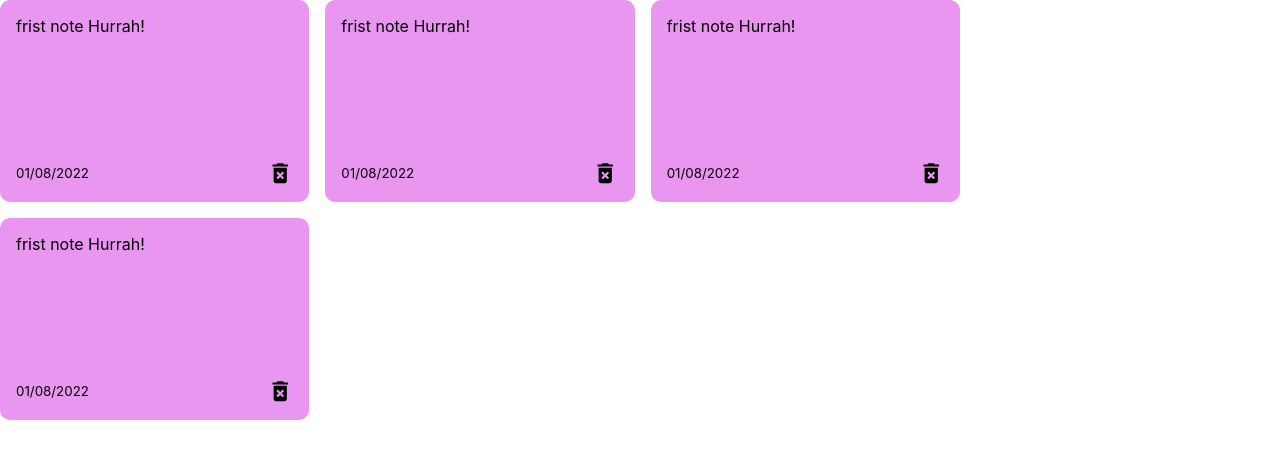
Repository: DeraBola/react-notes-app
Page: /
The author's editor kept a copy of each file at every save. The page is drawn from the files as they stood at one save, then again after a run of saves.
The browser window is 1280 px wide. The pictures show the whole page.
The project was rebuilt for these pictures with package versions that can differ from the ones it lists, and the page was loaded fresh each time.

Above is the page before, as saved 2022-08-01 12:19:11.

### src/index.js
import React from 'react';
import ReactDOM from 'react-dom/client';
import './index.css';
import App from './App';


const root = ReactDOM.createRoot(document.getElementById('root'));
root.render(
  <React.StrictMode>
    <App />
  </React.StrictMode>
);

### src/index.css
body {
    margin: 0;
    font-family: -apple-system, BlinkMacSystemFont, 'Segoe UI', 'Roboto', 'Oxygen', 'Ubuntu', 'Cantarell', 'Fira Sans', 'Droid Sans', 'Helvetica Neue', sans-serif;
    -webkit-font-smoothing: antialiased;
    -moz-osx-font-smoothing: grayscale;
}

code {
    font-family: source-code-pro, Menlo, Monaco, Consolas, 'Courier New', monospace;
}

.container {
    max-width: 960px;
    margin: 0, auto, 0, auto;
}

.notes-list {
    display: grid;
    grid-gap: 1rem;
    grid-template-columns: repeat(auto-fit, minmax(250px, 1fr));
}

.note {
    background-color: #e996f1;
    border-radius: 10px;
    padding: 1rem;
    min-height: 170px;
    display: flex;
    flex-direction: column;
    justify-content: space-between;
}

.note-footer {
    display: flex;
    align-items: center;
    justify-content: space-between;
}

### src/App.js
import NotesList from './components/NotesList';

 const App = () =>{
   return(
    <div className="container" >
      <NotesList />
    </div>
   )
 }

 export default App;

### src/components/NotesList.js
import Note from './Note';

const NotesList  = () => {
return(
    <div className="notes-list">
        <Note />
        <Note />
        <Note />
        <Note />
    </div>
);
};

export default NotesList;

### src/components/Note.js

import { MdDeleteForever } from 'react-icons/md'

const Note  = () => {
    return(
        <div className='note'>
             <span>frist note Hurrah!</span>
             <div className="note-footer">
                <small>01/08/2022</small>
                <MdDeleteForever className='delete-icon' size='0.7cm' />
             </div>
        </div>
    );
    };

    export default Note;

Loaded but not shown: public/index.html (common file)

After the next 6 saves:
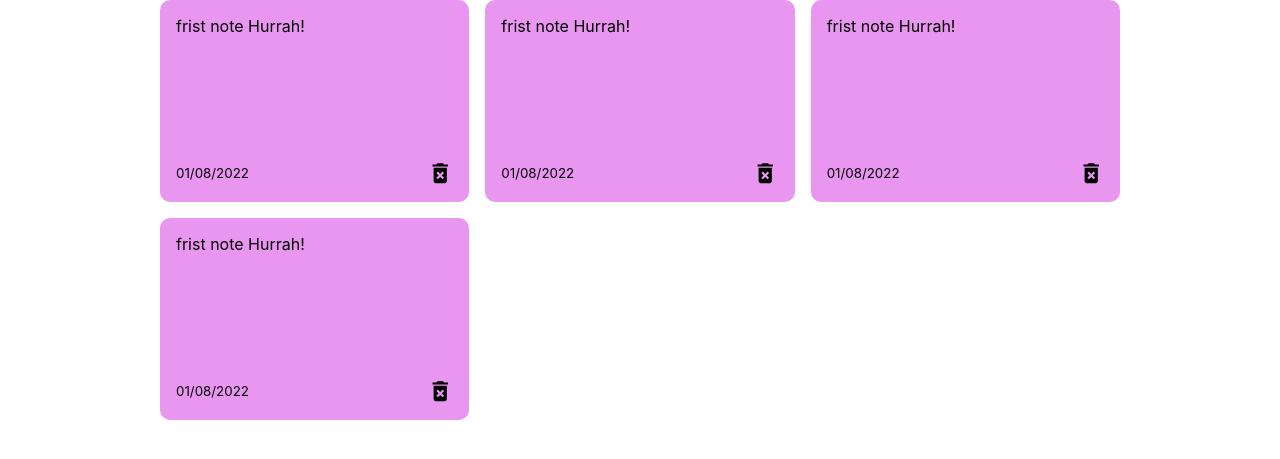
The 6 saves are shown as one change because they came seconds apart.
The last was saved 54 s later.
--- a/src/index.css
+++ b/src/index.css
@@ -11,7 +11,8 @@ code {
 
 .container {
     max-width: 960px;
-    margin: 0, auto, 0, auto;
+    margin-right: auto;
+    margin-left: auto;
 }
 
 .notes-list {
